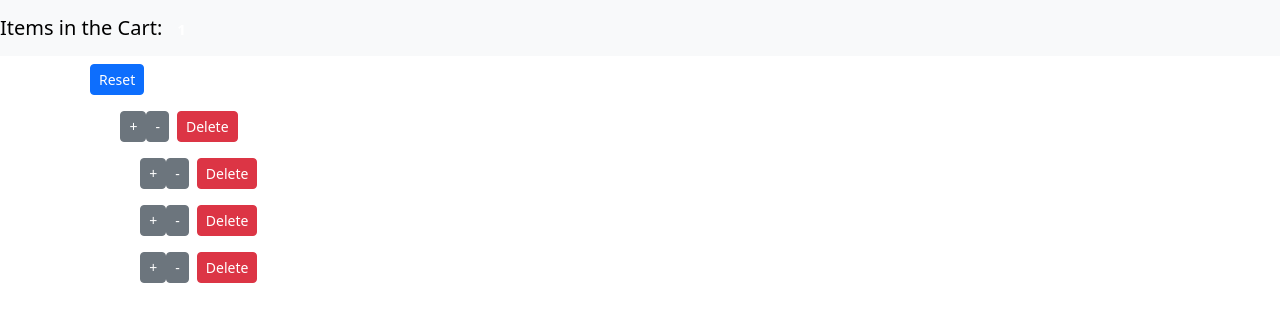
Repository: Edes2128/MovieTable-pagination-filter-sorting-in-React
Page: /
An editor plug-in stored every save of this project. The page is shown before and after the next save, followed by the edit.
The browser window is 1280 px wide. The pictures show the whole page.
The project was rebuilt for these pictures with package versions that can differ from the ones it lists, and the page was loaded fresh each time. Also part of the build but not shown: src/App.css.

Above is the page before, as saved 2020-06-16 00:06:19.

### public/index.html
<!DOCTYPE html>
<html lang="en">
  <head>
    <meta charset="utf-8" />
    <link rel="icon" href="%PUBLIC_URL%/favicon.ico" />
    <meta name="viewport" content="width=device-width, initial-scale=1" />
    <meta name="theme-color" content="#000000" />
    <meta
      name="description"
      content="Web site created using create-react-app"
    />
    <link rel="apple-touch-icon" href="%PUBLIC_URL%/logo192.png" />

    <link rel="manifest" href="%PUBLIC_URL%/manifest.json" />

    <title>React App</title>
  </head>
  <body>
    <noscript>You need to enable JavaScript to run this app.</noscript>
    <div id="root"></div>
</html>

### src/index.js
import React from 'react';
import ReactDOM from 'react-dom';
import './index.css';
import 'bootstrap/dist/css/bootstrap.css';
import App from './App'
import 'font-awesome/css/font-awesome.css'
//

ReactDOM.render(
  <React.StrictMode>
    <App />
  </React.StrictMode>,
  document.getElementById('root')
);

### src/App.js
import React , {Component,Fragment}from 'react';
import './App.css';
//import Movies from './components/movies';
import Counters from './components/counters'
import Navbar from './components/navbar';

class App extends Component {

  state = {
    counters: [
        {id:1,value:4},
        {id:2,value:0},
        {id:3,value:0},
        {id:4,value:0}
    ]
 }


 handleDelete = (counterID) =>{
      const counters = this.state.counters.filter(c => c.id !== counterID);
      this.setState({counters})
 }

 handleReset =() =>{
      const counters = this.state.counters.map(c => {
            c.value = 0;
            return c;
        });
        this.setState({counters})
 };

 handleIncrement = counter => {

        const counters = [...this.state.counters];
        const index = counters.indexOf(counter);
        counters[index] = {...counter};
        counters[index].value++;
        this.setState({counters})
 }
  render (){

    return (

    <Fragment>
    <Navbar totalCounters={this.state.counters.filter(c => c.value > 0).length} />
      <main className="container">
          <Counters onReset={this.handleReset} onIncrement={this.handleIncrement} onDelete={this.handleDelete} counters={this.state.counters} />
      </main>
      </Fragment>
  );
  }
}
export default App;

### src/components/counters.jsx
import React, { Component } from 'react'
import Counter from './counter'

class Counters extends Component {

    render() {
            const {onReset,counters,onIncrement,onDelete} = this.props;

        return (
            <div>
            <button onClick={onReset} className="btn btn-primary btn-sm m-2">Reset</button>
                {counters.map(counter => <Counter key={counter.id} onIncrement={onIncrement} onDelete={onDelete} counter={counter}></Counter>)}
            </div> );
    }
}
export default Counters;

### src/components/navbar.jsx
import React from 'react'

const Navbar = ({totalCounters}) => {

        return (
            <nav className="navbar navbar-light bg-light">
                    <a href="#" className="navbar-brand">
                    Items in the Cart: <span className="badge badge-pill badge-secondary">{totalCounters}</span>
                    </a>

            </nav>
         );
    }
export default Navbar;

### src/components/counter.jsx
import React, { Component } from 'react';

class Counter extends Component {

    render() {

        return (
            <div>
            <span className={this.getBadgeClasses()}>{this.formatCount()}</span>
            <button onClick={() => this.props.onIncrement(this.props.counter)} className="btn btn-secondary btn-sm">+</button>
            <button onClick={() => this.props.onIncrement(this.props.counter)} className="btn btn-secondary btn-sm">-</button>
            <button onClick={() => this.props.onDelete(this.props.counter.id)} className="btn btn-danger btn-sm m-2">Delete</button>
            </div>

            ) ;
    }
    getBadgeClasses() {
        let classes = "badge m-2 badge-";
        classes += (this.props.counter.value === 0) ? "warning" : "primary";
        return classes;
    }

    formatCount(){
        const {value} = this.props.counter;
        return value === 0 ? 'Zero' : value;
    }
}
export default Counter;

Loaded but not shown: src/index.css (common file)

After the next save:
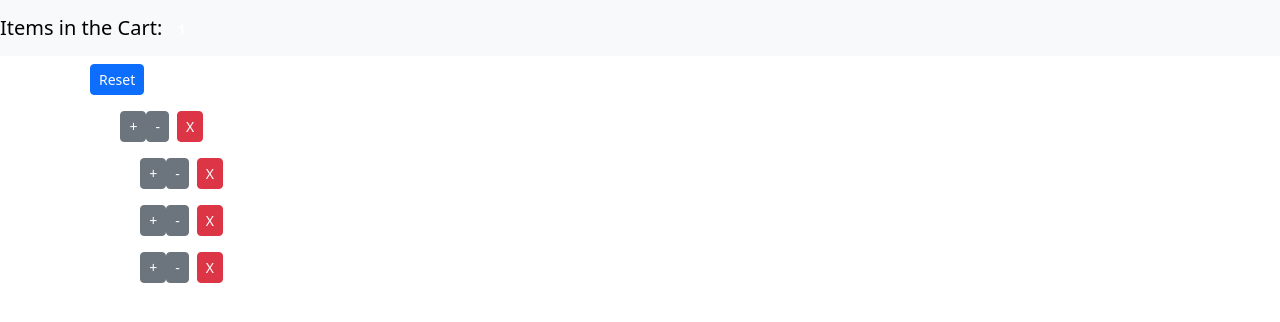
Saved 7 s later.
--- a/src/components/counter.jsx
+++ b/src/components/counter.jsx
@@ -9,7 +9,7 @@ class Counter extends Component {
             <span className={this.getBadgeClasses()}>{this.formatCount()}</span>
             <button onClick={() => this.props.onIncrement(this.props.counter)} className="btn btn-secondary btn-sm">+</button>
             <button onClick={() => this.props.onIncrement(this.props.counter)} className="btn btn-secondary btn-sm">-</button>
-            <button onClick={() => this.props.onDelete(this.props.counter.id)} className="btn btn-danger btn-sm m-2">Delete</button>
+            <button onClick={() => this.props.onDelete(this.props.counter.id)} className="btn btn-danger btn-sm m-2">X</button>
             </div>
 
             ) ;
